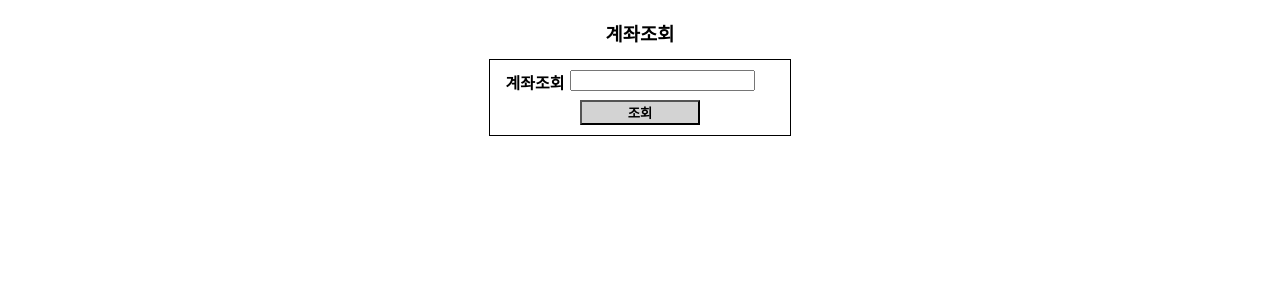
Repository: hyeri-seo/JSP
Page: http://localhost/BankProj/accountinfoform.jsp
The author's editor kept a copy of each file at every save. The page is drawn from the files as they stood at one save, then again after a run of saves.
The browser window is 1280 px wide. The pictures show the whole page.
The page is served by Tomcat 9.

Above is the page before, as saved 2023-09-20 02:14:38.

After the next 2 saves:
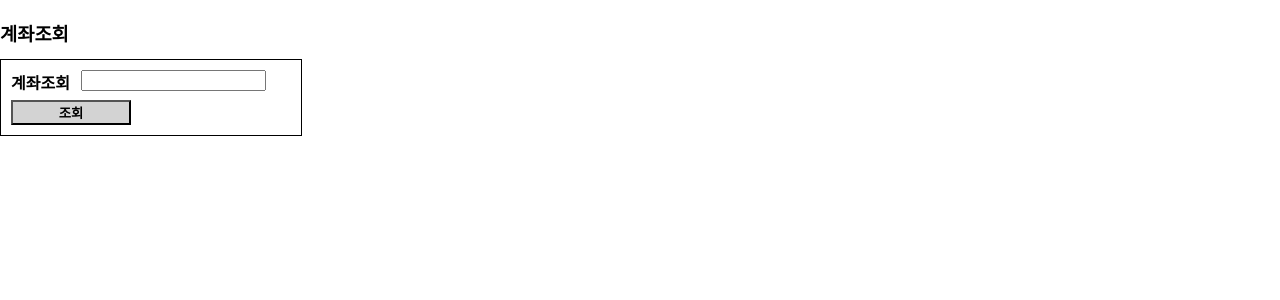
The 2 saves are shown as one change because they came seconds apart.
The last was saved 10 s later.
--- a/BankProj/src/main/webapp/accountinfoform.jsp
+++ b/BankProj/src/main/webapp/accountinfoform.jsp
@@ -43,7 +43,7 @@
     </style>
 </head>
 <body>
-    <center>
+    <div>
         <div class="header">
             <h3>계좌조회</h3>
         </div>
@@ -58,6 +58,6 @@
                 </div>
             </form>
         </div>
-    </center>
+    </div>
 </body>
 </html>
